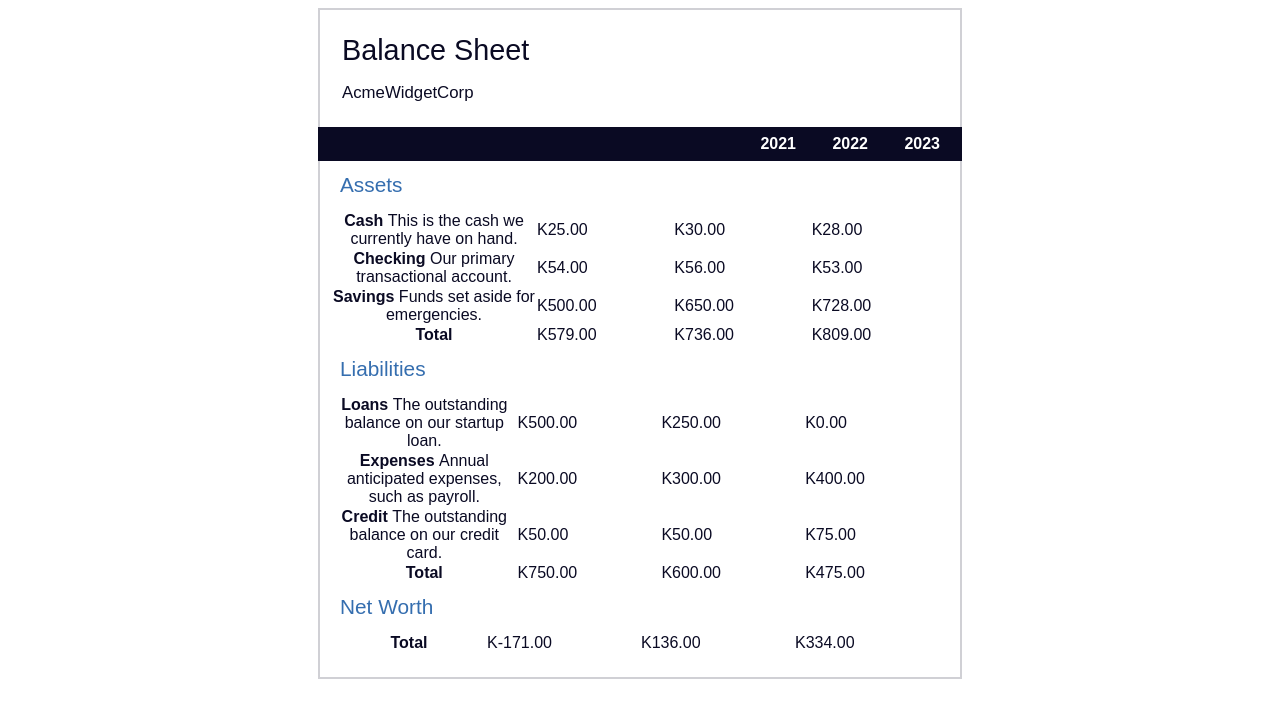
Repository: Lungdjos/balance_shee
Page: index.html
An editor plug-in stored every save of this project. The page is shown before and after the next save, followed by the edit.
The browser window is 1280 px wide. The pictures show the whole page.

Above is the page before, as saved 2023-11-04 23:02:22.

After the next save:
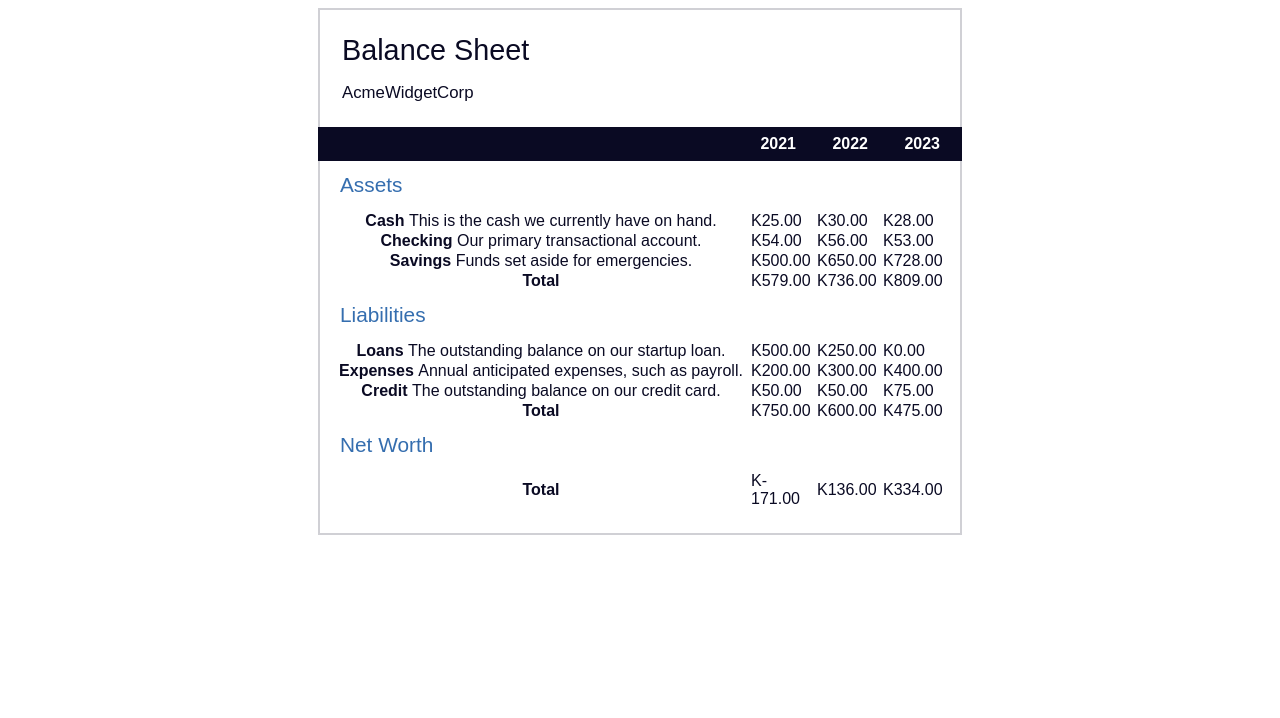
Saved 9 s later.
--- a/styles.css
+++ b/styles.css
@@ -94,7 +94,7 @@ table caption {
     left: .5rem;
 }
 
-td {
+tbody td {
     max-width: 4rem;
     min-width: 4rem;
     width: 100vw;
